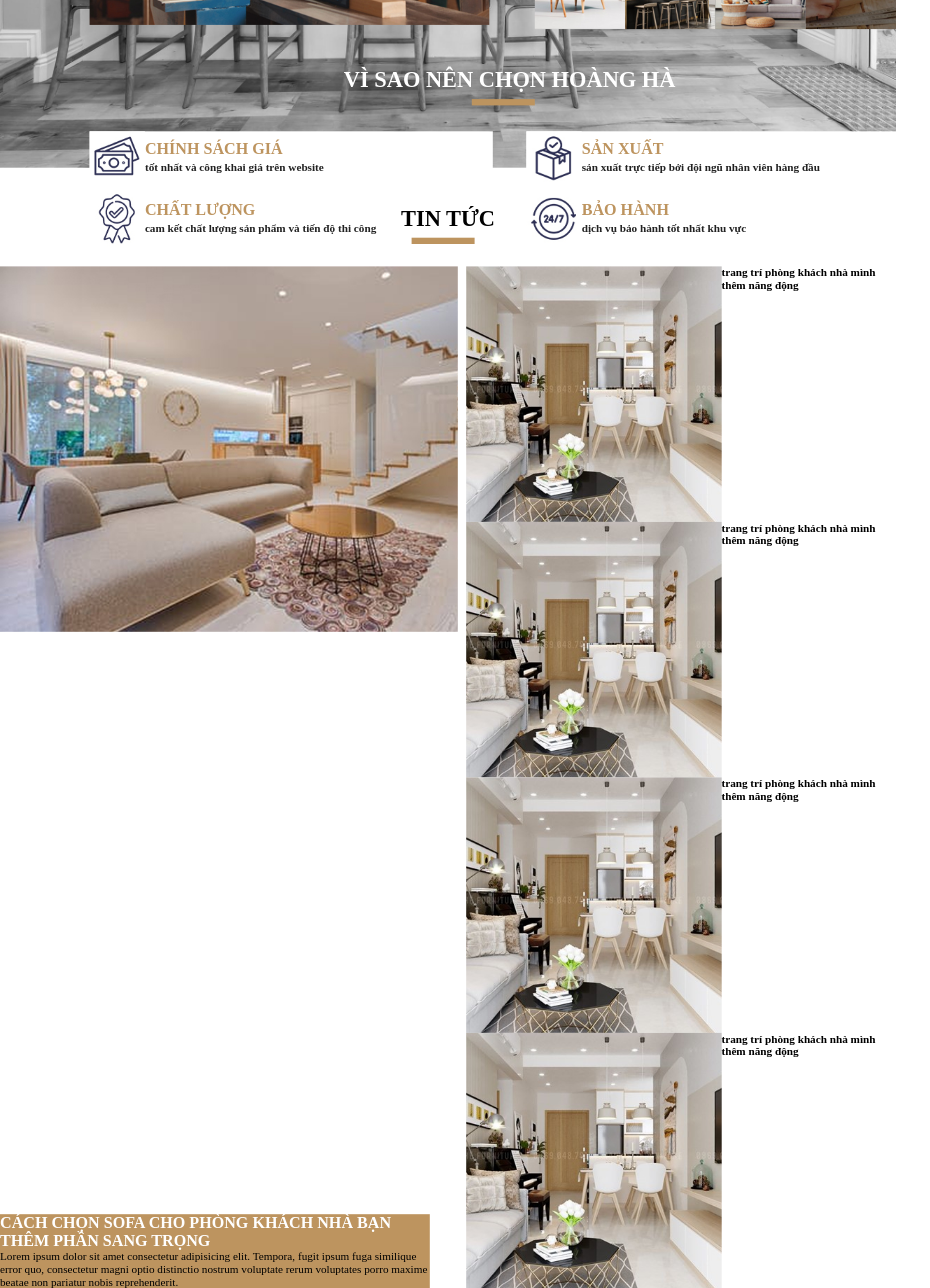
Repository: LDDUNG2003/front_end
Page: index.html
The author's editor kept a copy of each file at every save. The page is drawn from the files as they stood at one save, then again after the next save.
The browser window is 1280 px wide. The page is 1328 px wide, so the pictures cover 1328 px, including what lies to the right of the window. The pictures show the part of the page from y = 2222 to 4062 px (the page is 4062 px tall before and 3128 px after), at 70% of full size.
Some web libraries are served in a nearby version.

Above is the page before, as saved 2023-08-29 14:23:31.

### index.html
<!DOCTYPE html>
<html lang="en">

<head>
    <meta charset="UTF-8">
    <meta name="viewport" content="width=device-width, initial-scale=1.0">
    <title>Document</title>
    <link rel="stylesheet" href="https://cdnjs.cloudflare.com/ajax/libs/font-awesome/6.4.2/css/all.min.css" integrity="sha512-z3gLpd7yknf1YoNbCzqRKc4qyor8gaKU1qmn+CShxbuBusANI9QpRohGBreCFkKxLhei6S9CQXFEbbKuqLg0DA==" crossorigin="anonymous" referrerpolicy="no-referrer"
    />
    <link rel="stylesheet" type="text/css" href="//cdn.jsdelivr.net/npm/slick-carousel@1.8.1/slick/slick.css" />
    <link rel="stylesheet" type="text/css" href="//cdn.jsdelivr.net/npm/slick-carousel@1.8.1/slick/slick-theme.css" />
    <link rel="stylesheet" href="./public/css/base.css">
    <link rel="stylesheet" href="./public/css/home.css">
    <script src="https://kit.fontawesome.com/9ffed7d99e.js" crossorigin="anonymous"></script>
</head>

<>
    <div class="main">
        <div class="header">
            <div class="navBar">
                <img src="./public/img/logo.png" alt="logo" class="logo">
                <ul class="navBar__list">
                    <li class="navBar__list-item"><a href="" class="navBar__list--link">trang chủ</a></li>
                    <li class="navBar__list-item">
                        <a href="" class="navBar__list--link">giới thiệu</a>
                    </li>
                    <li class="navBar__list-item">
                        <a href="" class="navBar__list--link">sản phẩm</a>
                    </li>
                    <li class="navBar__list-item">
                        <a href="" class="navBar__list--link">đối tác</a>
                    </li>
                    <li class="navBar__list-item">
                        <a href="" class="navBar__list--link">tin tức</a>
                    </li>
                    <li class="navBar__list-item">
                        <a href="" class="navBar__list--link">liên hệ</a>
                    </li>
                </ul>
            </div>
        </div>
        <div class="content">
            <div class="content__banner">
                <div class="content--list-image">
                    <img class="content--image" src="./public/img/banner.png" alt="">
                </div>
                <div class="banner--content">
                    <h2 class="banner--content-text-title">THẾ GIỚI NỘI THẤT SỐ 1 VIỆT NAM</h2>
                    <h2 class="banner--content-text-title" style="color: var(--primary-color)">hoàng hoan</h2>
                    <p class="banner--content-text">Sứ mệnh của chúng tôi là kết hợp hài hòa giữa ý tưởng và mong muốn của khách hàng, đem lại những phút giây thư giãn tuyệt vời bên gia đình và những người thân yêu.</p>
                    <button class="banner--button">LIÊN HỆ NGAY</button>
                </div>
            </div>
            <div class="content__focut">
                <ul class="focut--list">
                    <li class="focut--item">
                        <img src="./public/img/product/icon-phong-khach.png" alt="" class="focut--img">
                        <h6 class="focut--text">Phòng khách</h6>
                    </li>
                    <li class="focut--item">
                        <img src="./public/img/product/icon-phong-ngu.png" alt="" class="focut--img">
                        <h6 class="focut--text">Phòng Ngủ</h6>
                    </li>
                    <li class="focut--item">
                        <img src="./public/img/product/icon-phong-bep.png" alt="" class="focut--img">
                        <h6 class="focut--text">Phòng Bếp</h6>
                    </li>
                    <li class="focut--item">
                        <img src="./public/img/product/icon-phong-tam.png" alt="" class="focut--img">
                        <h6 class="focut--text">Phòng Tắm</h6>
                    </li>
                    <li class="focut--item">
                        <img src="./public/img/product/icon-tre-em.png" alt="" class="focut--img">
                        <h6 class="focut--text">Trẻ Em</h6>
                    </li>
                    <li class="focut--item">
                        <img src="./public/img/product/icon-van-phong.png" alt="" class="focut--img">
                        <h6 class="focut--text">Văn Phòng</h6>
                    </li>
                    <li class="focut--item">
                        <img src="./public/img/product/icon-cau-thang.png" alt="" class="focut--img">
                        <h6 class="focut--text">Cầu Thang</h6>
                    </li>
                    <li class="focut--item">
                        <img src="./public/img/product/icon-do-trang-tri.png" alt="" class="focut--img">
                        <h6 class="focut--text">Đồ Trang Trí</h6>
                    </li>
                </ul>
            </div>
            <div class="content__featured">
                <h2 class="content--title">SẢN PHẨM NỔI BẬT</h2>
                <ul class="featured--list" data-slick='{"slidesToShow": 4, "slidesToScroll": 4}'>
                    <li class="featured--item">
                        <img src="./public/img/featured/giuong-ngu.png" alt="" class="featured--img">
                        <div class="featured--content">
                            <h5 class="featured-name">Giường Châu Âu</h5>
                            <ul class="evaluate--list">
                                <li><i class="fa-solid fa-star" style="color: #eff312;"></i></li>
                                <li><i class="fa-solid fa-star" style="color: #eff312;"></i></li>
                                <li><i class="fa-solid fa-star" style="color: #eff312;"></i></li>
                                <li><i class="fa-solid fa-star" style="color: #eff312;"></i></li>
                                <li><i class="fa-solid fa-star" style="color: #eff312;"></i></li>
                            </ul>
                            <i class="note-product">(size vừa , trắng nâu)</i>
                            <p class="price-product">3.999.000 VND</p>
                        </div>
                    </li>
                    <li class="featured--item">
                        <img src="./public/img/featured/giuong-ngu.png" alt="" class="featured--img">
                        <div class="featured--content">
                            <h5 class="featured-name">Giường Châu Âu</h5>
                            <ul class="evaluate--list">
                                <li><i class="fa-solid fa-star" style="color: #eff312;"></i></li>
                                <li><i class="fa-solid fa-star" style="color: #eff312;"></i></li>
                                <li><i class="fa-solid fa-star" style="color: #eff312;"></i></li>
                                <li><i class="fa-solid fa-star" style="color: #eff312;"></i></li>
                                <li><i class="fa-solid fa-star" style="color: #eff312;"></i></li>
                            </ul>
                            <i class="note-product">(size vừa , trắng nâu)</i>
                            <p class="price-product">3.999.000 VND</p>
                        </div>
                    </li>
                    <li class="featured--item">
                        <img src="./public/img/featured/giuong-ngu.png" alt="" class="featured--img">
                        <div class="featured--content">
                            <h5 class="featured-name">Giường Châu Âu</h5>
                            <ul class="evaluate--list">
                                <li><i class="fa-solid fa-star" style="color: #eff312;"></i></li>
                                <li><i class="fa-solid fa-star" style="color: #eff312;"></i></li>
                                <li><i class="fa-solid fa-star" style="color: #eff312;"></i></li>
                                <li><i class="fa-solid fa-star" style="color: #eff312;"></i></li>
                                <li><i class="fa-solid fa-star" style="color: #eff312;"></i></li>
                            </ul>
                            <i class="note-product">(size vừa , trắng nâu)</i>
                            <p class="price-product">3.999.000 VND</p>
                        </div>
                    </li>
                    <li class="featured--item">
                        <img src="./public/img/featured/giuong-ngu.png" alt="" class="featured--img">
                        <div class="featured--content">
                            <h5 class="featured-name">Giường Châu Âu</h5>
                            <ul class="evaluate--list">
                                <li><i class="fa-solid fa-star" style="color: #eff312;"></i></li>
                                <li><i class="fa-solid fa-star" style="color: #eff312;"></i></li>
                                <li><i class="fa-solid fa-star" style="color: #eff312;"></i></li>
                                <li><i class="fa-solid fa-star" style="color: #eff312;"></i></li>
                                <li><i class="fa-solid fa-star" style="color: #eff312;"></i></li>
                            </ul>
                            <i class="note-product">(size vừa , trắng nâu)</i>
                            <p class="price-product">3.999.000 VND</p>
                        </div>
                    </li>
                    <li class="featured--item">
                        <img src="./public/img/featured/giuong-ngu.png" alt="" class="featured--img">
                        <div class="featured--content">
                            <h5 class="featured-name">Giường Châu Âu</h5>
                            <ul class="evaluate--list">
                                <li><i class="fa-solid fa-star" style="color: #eff312;"></i></li>
                                <li><i class="fa-solid fa-star" style="color: #eff312;"></i></li>
                                <li><i class="fa-solid fa-star" style="color: #eff312;"></i></li>
                                <li><i class="fa-solid fa-star" style="color: #eff312;"></i></li>
                                <li><i class="fa-solid fa-star" style="color: #eff312;"></i></li>
                            </ul>
                            <i class="note-product">(size vừa , trắng nâu)</i>
                            <p class="price-product">3.999.000 VND</p>
                        </div>
                    </li>
                </ul>
            </div>
            <div class="about__us">
                <div class="about--background">
                    <img src="./public/img/about/bg-about-us.jpg" alt="">
                </div>
                <div class="about__us-bag">
                    <div class="about-bag">
                        <div class="about__content ">
                            <h2 class="content--title ">Về Chúng Tôi</h2>
                            <div class="about--block ">
                                <div class="about--content ">
                                    <img src="./public/img/about/ve-chung-toi.jpg" alt=" ">
                                </div>
                                <div class="about--content ">
                                    <h4 class="about--content--title">Nội Thất <span style="color:var(--primary-color);">Hoàng Hoan</span>
                                        <br> Uy Tín Song Hành Chất Lượng
                                    </h4>
                                    <div class="about--text--list">
                                        <p class="about--text">Nội thất Hoàng Hoan chúng tôi tự hào là đứa con tinh thần ra đời sau hơn 30 năm hoạt động trong lĩnh vực kinh doanh đồ gỗ nội thất với thương hiệu ĐỒ GỖ HOÀNG HOAN nổi tiếng.</p>
                                        <p class="about--text">Tài nguyên của chúng tôi là đội ngũ kiến trúc sư tốt nghiệp ĐH Kiến Trúc Hà Nội với nhiều năm kinh nghiệm, luôn tràn đầy nhiệt huyết và sức sáng tạo của tuổi trẻ. Thế mạnh của chúng tôi là sở hữu xưởng nội thất
                                            hơn 10.000m2 tại Hà Nội sản xuất đa dạng các sản phẩm với giá cả luôn cạnh tranh.</p>
                                    </div>
                                    <ul class="about--list">
                                        <li class="about--item">
                                            <img src="./public/img/about/ve-chung-toi-1.jpg" alt="" class="about--img">
                                        </li>
                                        <li class="about--item">
                                            <img src="./public/img/about/ve-chung-toi-2.jpg" alt="" class="about--img">
                                        </li>
                                        <li class="about--item">
                                            <img src="./public/img/about/ve-chung-toi-3.jpg" alt="" class="about--img">
                                        </li>
                                        <li class="about--item">
                                            <img src="./public/img/about/ve-chung-toi-4.jpg" alt="" class="about--img">
                                        </li>
                                    </ul>
                                </div>
                            </div>
                        </div>
                        <div class="about__content ">
                            <h2 class="content--title ">Vì Sao Nên Chọn Hoàng Hà</h2>
                            <div class="choose__choose">
                                <ul class="choose--list">
                                    <li class="choose--item">
                                        <img src="./public/img/about/chinh-sach.jpg" alt="" class="choose-image">
                                        <div class="choose-contain">
                                            <h6 class="choose--content-title">Chính Sách Giá</h6>
                                            <p class="choose--text">tốt nhất và công khai giá trên website</p>
                                        </div>
                                    </li>
                                    <li class="choose--item">
                                        <img src="./public/img/about/san-pham.jpg" alt="" class="choose-image">
                                        <div class="choose-contain">
                                            <h6 class="choose--content-title">sản xuất</h6>
                                            <p class="choose--text">sản xuất trực tiếp bởi đội ngũ nhân viên hàng đầu</p>
                                        </div>
                                    </li>
                                    <li class="choose--item">
                                        <img src="./public/img/about/chat-luong.jpg" alt="" class="choose-image">
                                        <div class="choose-contain">
                                            <h6 class="choose--content-title">chất lượng</h6>
                                            <p class="choose--text">cam kết chất lượng sản phẩm và tiến độ thi công</p>
                                        </div>
                                    </li>
                                    <li class="choose--item">
                                        <img src="./public/img/about/bao-hanh.jpg " alt="" class="choose-image">
                                        <div class="choose-contain">
                                            <h6 class="choose--content-title">bảo hành</h6>
                                            <p class="choose--text">dịch vụ bảo hành tốt nhất khu vực</p>
                                        </div>
                                    </li>
                                </ul>
                            </div>
                        </div>
                    </div>
                </div>
            </div>
            <div class="news">
                <h2 class="content--title">tin tức</h2>
                <div class="news--contain">
                    <div class="news--contain--item">
                        <img src="./public/img/news/tintuc-1.jpg" alt="">
                        <div class="news-contain-impotant">
                            <h3 class="news--impotant-heading">Cách chọn sofa cho phòng khách nhà bạn thêm phần sang trọng</h3>
                            <p class="news--impotant-text">Lorem ipsum dolor sit amet consectetur adipisicing elit. Tempora, fugit ipsum fuga similique error quo, consectetur magni optio distinctio nostrum voluptate rerum voluptates porro maxime beatae non pariatur nobis reprehenderit.</p>
                        </div>
                    </div>
                    <div class="news--contain--item">
                        <ul class="news--list">
                            <li class="news--list-item">
                                <img src="./public/img/news/tintuc-1.png" alt="">
                                <div class="news--item-contain">
                                    <h4 class="new--itemheading">trang trí phòng khách nhà mình thêm năng động</h4>
                                    <p class="news--item-contain"></p>
                                </div>
                            </li>
                            <li class="news--list-item">
                                <img src="./public/img/news/tintuc-1.png" alt="">
                                <div class="news--item-contain">
                                    <h4 class="new--itemheading">trang trí phòng khách nhà mình thêm năng động</h4>
                                    <p class="news--item-contain"></p>
                                </div>
                            </li>
                            <li class="news--list-item">
                                <img src="./public/img/news/tintuc-1.png" alt="">
                                <div class="news--item-contain">
                                    <h4 class="new--itemheading">trang trí phòng khách nhà mình thêm năng động</h4>
                                    <p class="news--item-contain"></p>
                                </div>
                            </li>
                            <li class="news--list-item">
                                <img src="./public/img/news/tintuc-1.png" alt="">
                                <div class="news--item-contain">
                                    <h4 class="new--itemheading">trang trí phòng khách nhà mình thêm năng động</h4>
                                    <p class="news--item-contain"></p>
                                </div>
                            </li>
                        </ul>
                    </div>
                </div>
            </div>
        </div>
        <div class="footer "></div>
    </div>
    <script type="text/javascript " src="//code.jquery.com/jquery-1.11.0.min.js "></script>
    <script type="text/javascript " src="//code.jquery.com/jquery-migrate-1.2.1.min.js "></script>
    <script type="text/javascript " src="//cdn.jsdelivr.net/npm/slick-carousel@1.8.1/slick/slick.min.js "></script>
    <script>
        $(document).ready(function() {
            $('.featured--list').slick();
        });
    </script>
    </body>

</html>

### public/css/base.css
* {
    padding: 0px;
    margin: 0px;
    font-family: "gotham-family";
}

:root {
    --primary-color: #bd945f;
    --text-color: #222222;
}


/* font setting */

@font-face {
    font-family: "gotham-family";
    src: url(../front/Gotham-Medium.otf);
    font-family: "gotham-linear";
    src: url(../front/Gotham-Thin.otf);
    font-family: "gotham-utral";
    src: url(../front/Gotham-Ultra.otf);
}

.main {
    width: 100%;
}

.header {
    padding: 10px 0px;
    margin: auto;
    width: 100%;
    max-width: 1200px;
}

.navBar {
    display: flex;
    width: 100%;
    justify-content: space-between;
}

.logo {
    height: 80px;
}

.navBar__list {
    display: flex;
    list-style: none;
    align-items: center;
}

.navBar__list-item {
    margin: 0 10px;
}

.navBar__list--link {
    text-transform: uppercase;
    font-size: 16px;
    color: var(--text-color);
    text-decoration: none;
}

.featured--content {}

.featured-name {
    font-size: 18px;
    text-transform: capitalize;
}

.evaluate--list {
    list-style: none;
    display: flex;
    justify-content: center;
}

.evaluate--list li {
    padding: 5px;
    margin: 0;
}

.note-product {}

.price-product {
    padding: 7px 0px;
    font-weight: 800;
    font-size: 16px;
}

.slick-prev:before,
.slick-next:before {
    color: var(--primary-color);
    width: 15px;
}

### public/css/home.css
.content {
    width: 100%;
    max-width: 1500px;
    margin: auto;
}

.content__banner {
    width: 100%;
    position: relative;
}

.content--list-image {
    width: 100%;
    max-width: 1500px;
    margin: auto;
}

.content--image {
    width: 100%;
}

.banner--content {
    position: absolute;
    top: 10%;
    left: 15%;
}

.banner--content-text-title {
    text-transform: uppercase;
    font-family: 800;
    font-family: "gotham-utral";
    font-size: 25px;
}

.banner--content-text {
    font-size: 18px;
    color: var(--text-color);
    width: 420px;
}

.banner--button {
    padding: 20px;
    color: aliceblue;
    background-color: var(--primary-color);
    border: none;
    font-family: "gotham-utral";
    font-size: 18px;
    cursor: pointer;
}

.content__focut {
    position: relative;
    background-color: #ffffff;
    top: -60px;
    max-width: 1200px;
    width: 100%;
    margin: auto;
}

.focut--list {
    margin: auto;
    display: flex;
    width: 100%;
    list-style: none;
    flex-wrap: wrap;
}

.focut--item {
    width: 25%;
    text-align: center;
}

.focut--img {
    width: 100%;
}

.focut--text {
    text-align: center;
    font-size: 23px;
}

.content--title {
    font-size: 32px;
    padding: 50px 0px;
    text-align: center;
    position: relative;
    text-transform: uppercase;
}

.content--title::before {
    content: '';
    background-color: var(--primary-color);
    width: 90px;
    height: 9px;
    position: absolute;
    top: 70%;
    right: 47%;
}

.content__featured {
    width: 100%;
    max-width: 1200px;
    margin: auto;
    padding-bottom: 30px;
}

.featured--list {
    width: 100%;
    list-style: none;
    display: flex;
    text-align: center;
}

.featured--item {}

.featured--img {
    width: 80%;
}

.about__us {
    width: 100%;
    max-width: 1500px;
    margin: auto;
    position: relative;
}

.about--background {
    width: 100%;
}

.about--background img {
    width: 100%;
    filter: grayscale(100%) contrast(100%);
    ;
}

.about__us-bag {
    position: absolute;
    top: 0px;
    width: 100%;
    max-width: 1200px;
    left: 10%;
    color: #ffffff;
}

.about__content {
    width: 100%;
}

.about--block {
    display: flex;
    justify-content: space-between;
}

.about--content {
    width: 47%;
}

.about--content--title {
    font-size: 23px;
}

.about--text--list {
    font-size: 16px;
    padding: 10px 0px;
}

.about--text {
    padding: 10px 0px;
}

.about--list {
    list-style: none;
    display: flex;
}

.about--item {}

.about--img {}

.choose__choose {
    width: 100%;
}

.choose--list {
    list-style: none;
    display: flex;
    flex-wrap: wrap;
    justify-content: space-between;
}

.choose--item {
    align-items: center;
    margin: 5px 0px;
    width: 48%;
    display: flex;
    background-color: #ffffff;
}

.choose--content-title {
    color: var(--primary-color);
    font-size: 23px;
    text-transform: uppercase;
    font-weight: 800;
}

.choose--text {
    font-weight: 700;
    font-size: 16px;
    padding: 5px 0px;
    color: var(--text-color);
}

.news {}

.content--title {}

.news--contain {
    display: flex;
    width: 100%;
    justify-content: space-between;
}

.news--contain--item {
    width: 48%;
    position: relative;
}

.news-contain-impotant {
    position: absolute;
    bottom: 0px;
    background-color: var(--primary-color);
}

.news--impotant-heading {
    font-size: 23px;
    text-transform: uppercase;
    color: #ffffff;
}

.news--impotant-text {
    font-size: 16px;
}

.news--list {
    list-style: none;
}

.news--list-item {
    display: flex;
}

.news--item-contain {}

.new--itemheading {}

After the next save:
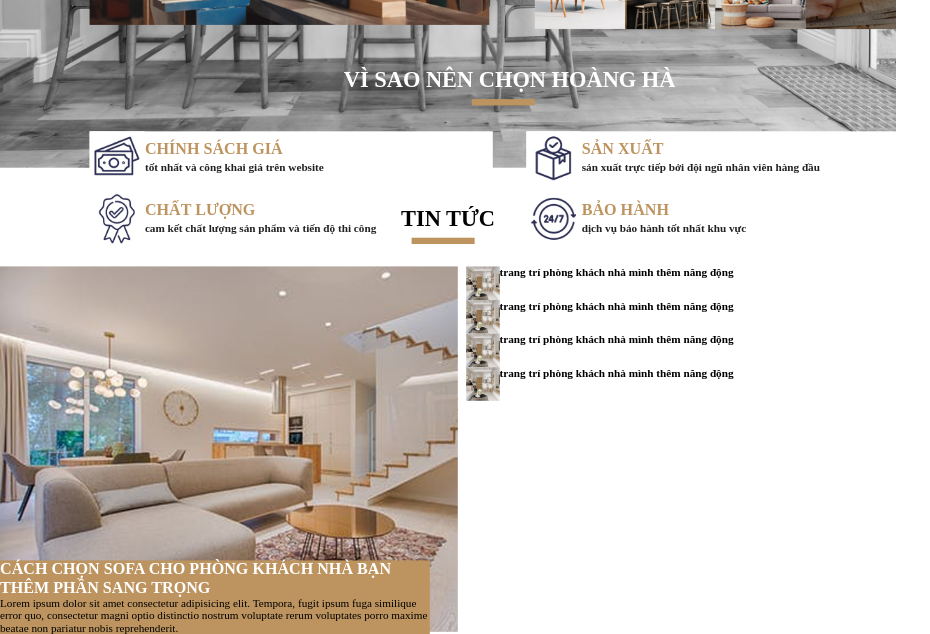
Saved 14 s later.
--- a/public/css/home.css
+++ b/public/css/home.css
@@ -248,6 +248,7 @@
 
 .news--list-item {
     display: flex;
+    height: 48px;
 }
 
 .news--item-contain {}
